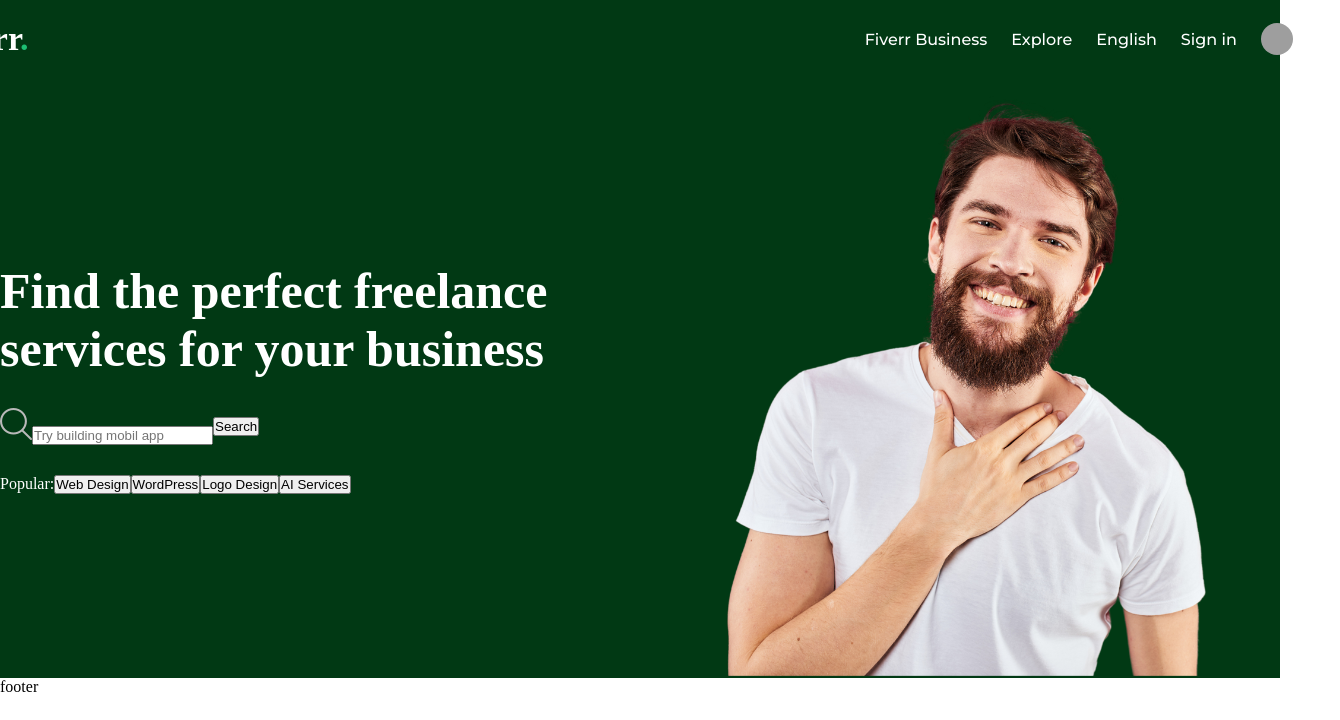
Repository: MoNasr2022/fiverr_clone_app
Page: /
The author's editor kept a copy of each file at every save. The page is drawn from the files as they stood at one save, then again after the next save.
The browser window is 1280 px wide. The page is 1340 px wide, so the pictures cover 1340 px, including what lies to the right of the window. The pictures show the whole page.
Pictures or frames that could not be fetched are drawn as grey boxes. The project was rebuilt for these pictures with package versions that can differ from the ones it lists, and the page was loaded fresh each time. Also part of the build but not shown: vite.config.js, src/pages/gigs/Gigs.jsx, src/pages/gig/Gig.jsx, src/pages/orders/Orders.jsx, src/pages/myGigs/MyGigs.jsx, src/pages/add/Add.jsx, src/pages/messages/Messages.jsx, src/pages/message/Message.jsx.

Above is the page before, as saved 2023-03-06 23:18:24.

After the next save:
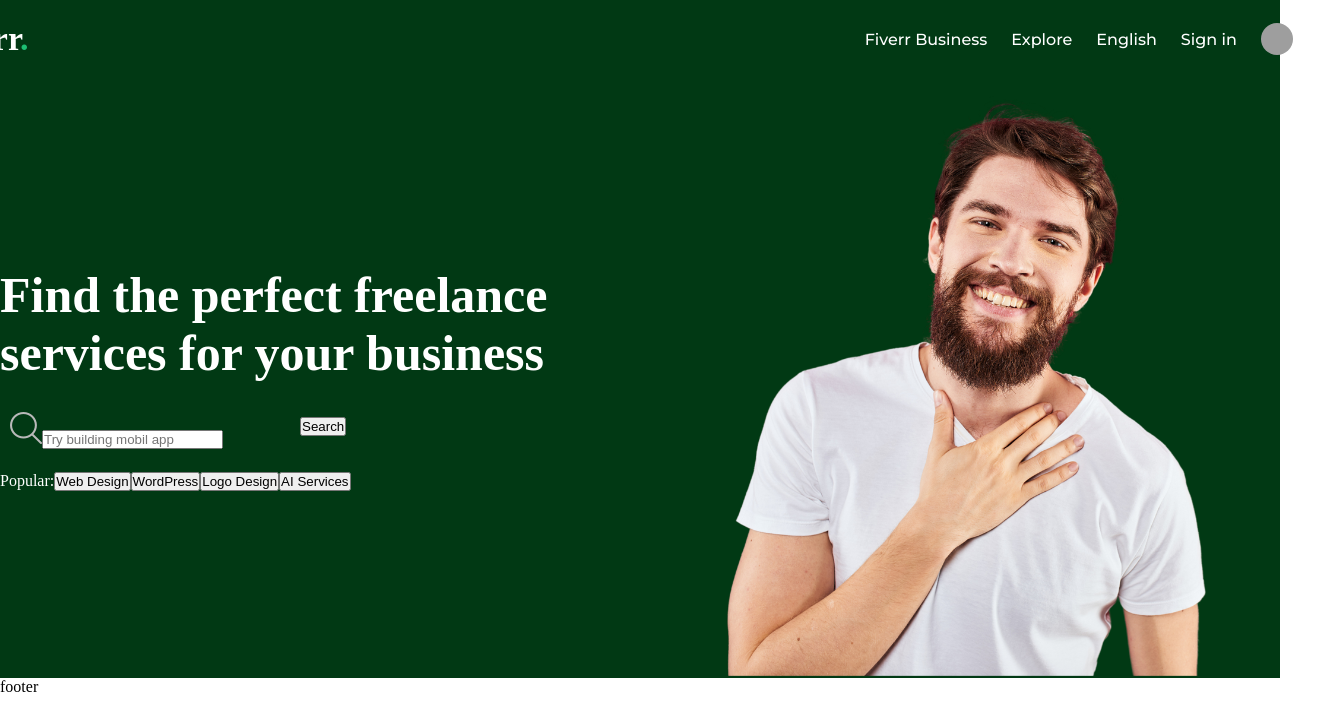
Saved 12 s later.
--- a/src/components/featured/Featured.scss
+++ b/src/components/featured/Featured.scss
@@ -23,7 +23,12 @@
         align-items: center;
 
         .searchInput {
-
+            width: 300px;
+            height: 30px;
+            border: none;
+            border-radius: 10px;
+            padding: 0 10px;
+            font-size: 16px;
         }
       }
     }

After the save that followed:
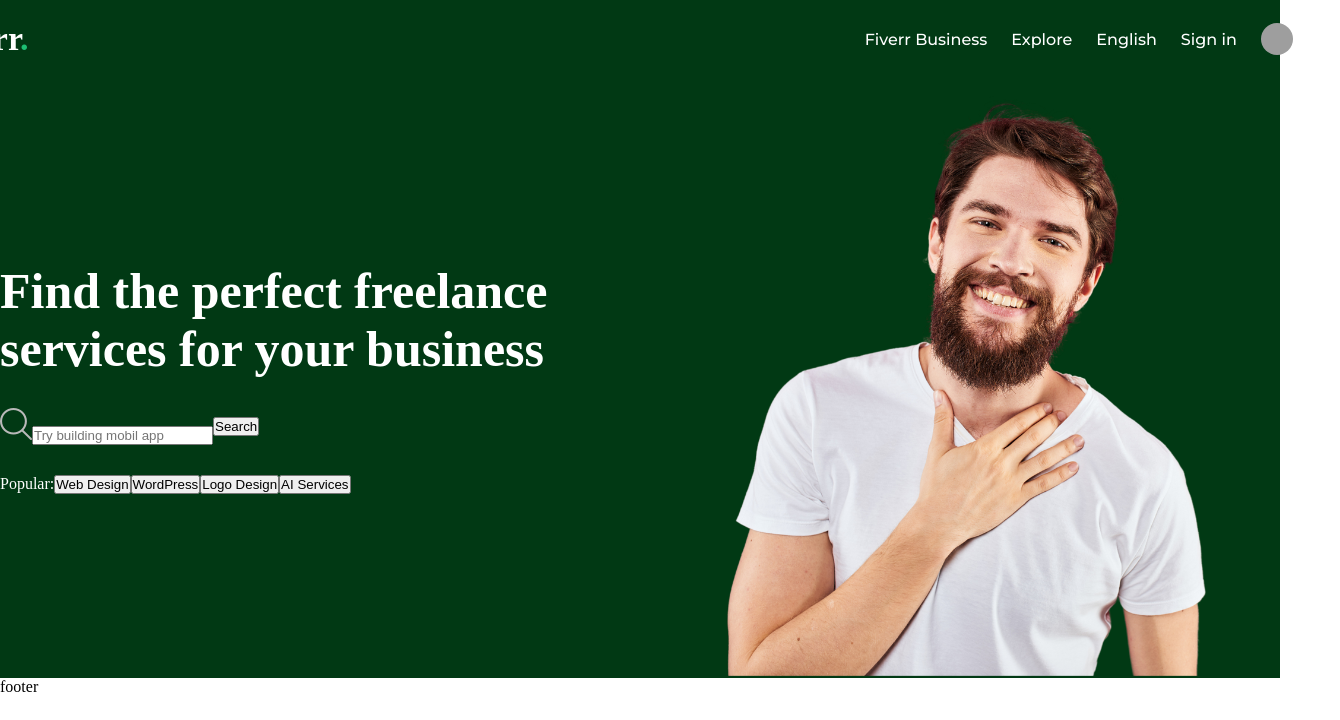
Saved 4 s later.
--- a/src/components/featured/Featured.scss
+++ b/src/components/featured/Featured.scss
@@ -23,12 +23,7 @@
         align-items: center;
 
         .searchInput {
-            width: 300px;
-            height: 30px;
-            border: none;
-            border-radius: 10px;
-            padding: 0 10px;
-            font-size: 16px;
+
         }
       }
     }
